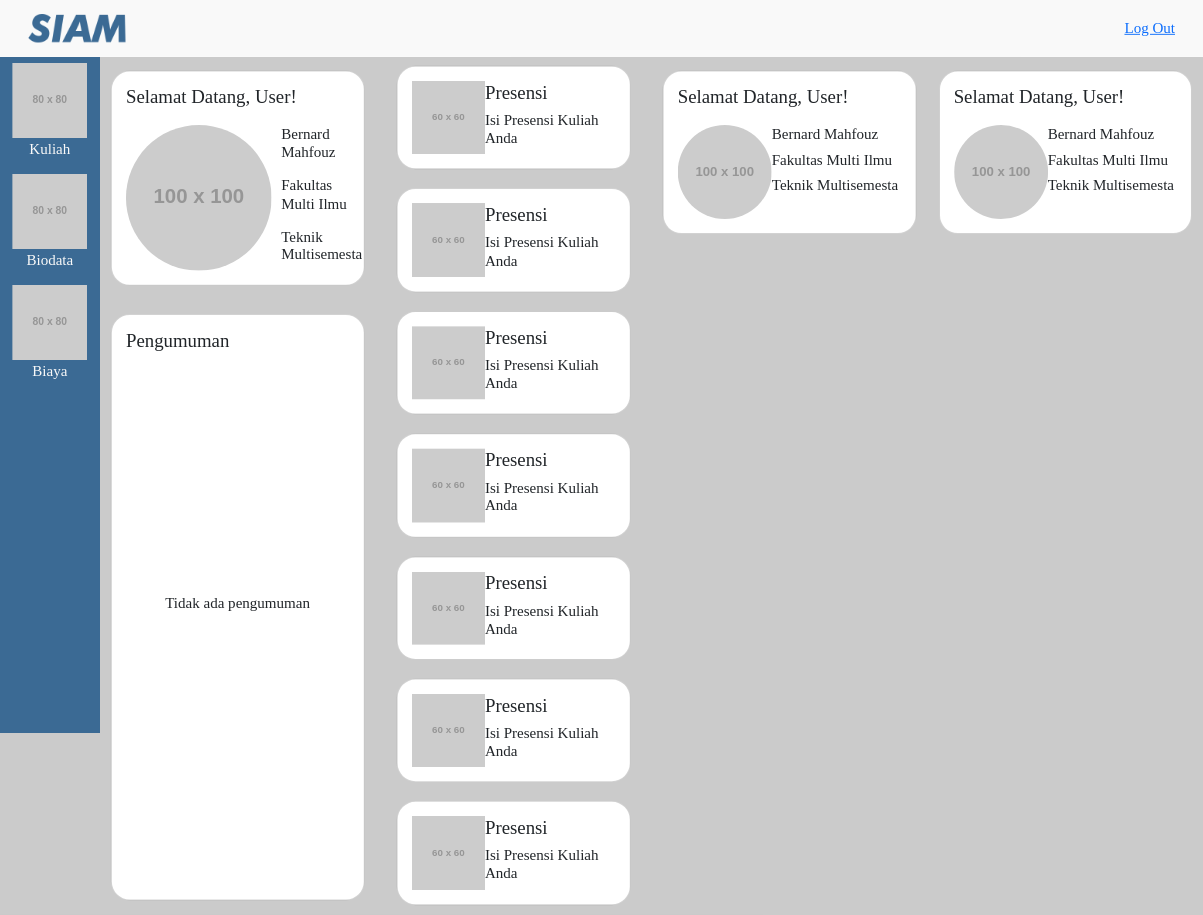
Repository: haikalirf/Project-IMK
Page: kuliah.html
The author's editor kept a copy of each file at every save. The page is drawn from the files as they stood at one save, then again after the next save.
The browser window is 1280 px wide. The pictures show the whole page, at 94% of full size.
Some web fonts or font styles are not loaded; a fallback is used.

Above is the page before, as saved 2022-12-10 19:32:59.

After the next save:
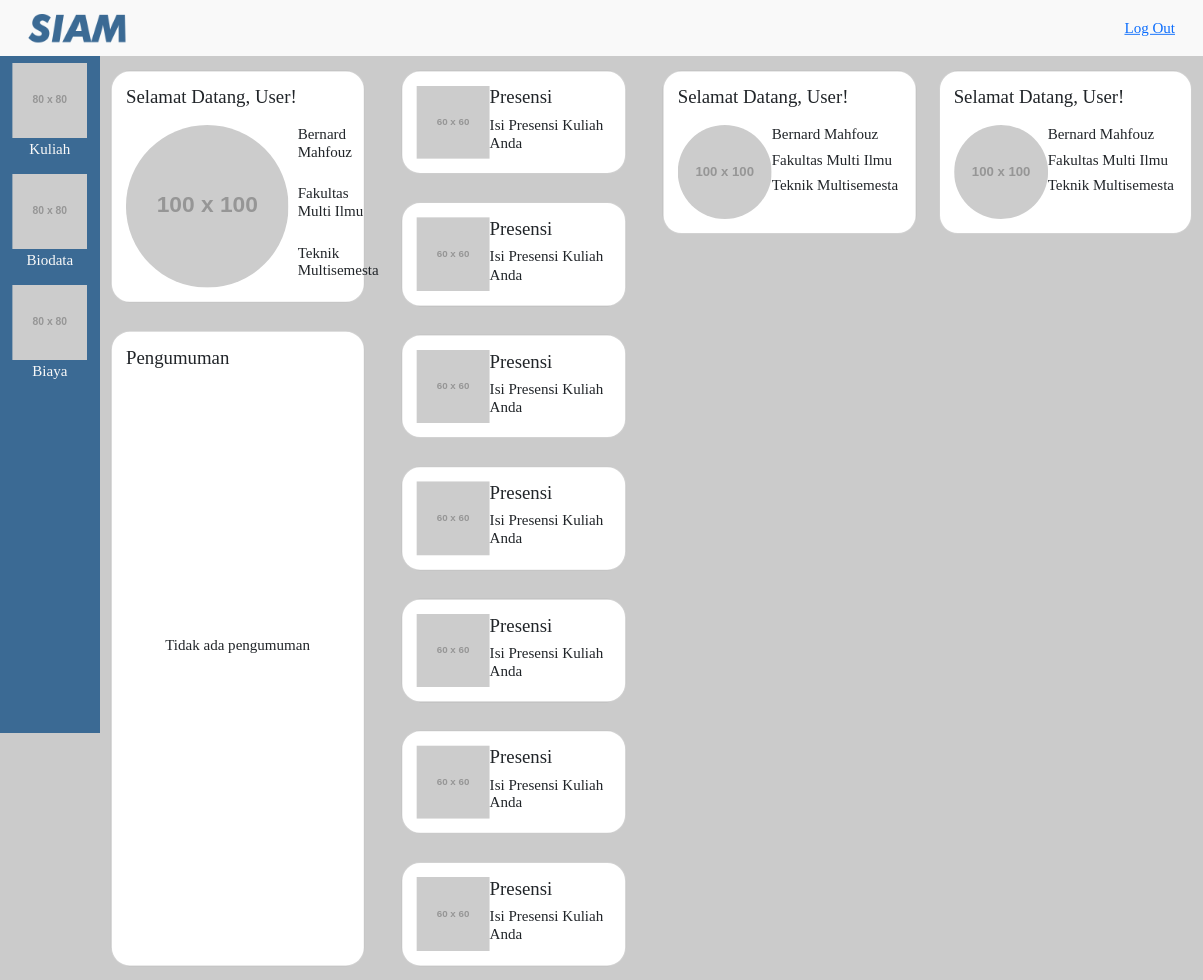
Saved 19 s later.
--- a/styles/kuliah.css
+++ b/styles/kuliah.css
@@ -95,7 +95,8 @@ a img, a label {
 }
 
 .card-pilihan {
-	margin: 10px;
+	margin: 15px;
+	flex: 1;
 }
 
 .pilihan-body {
